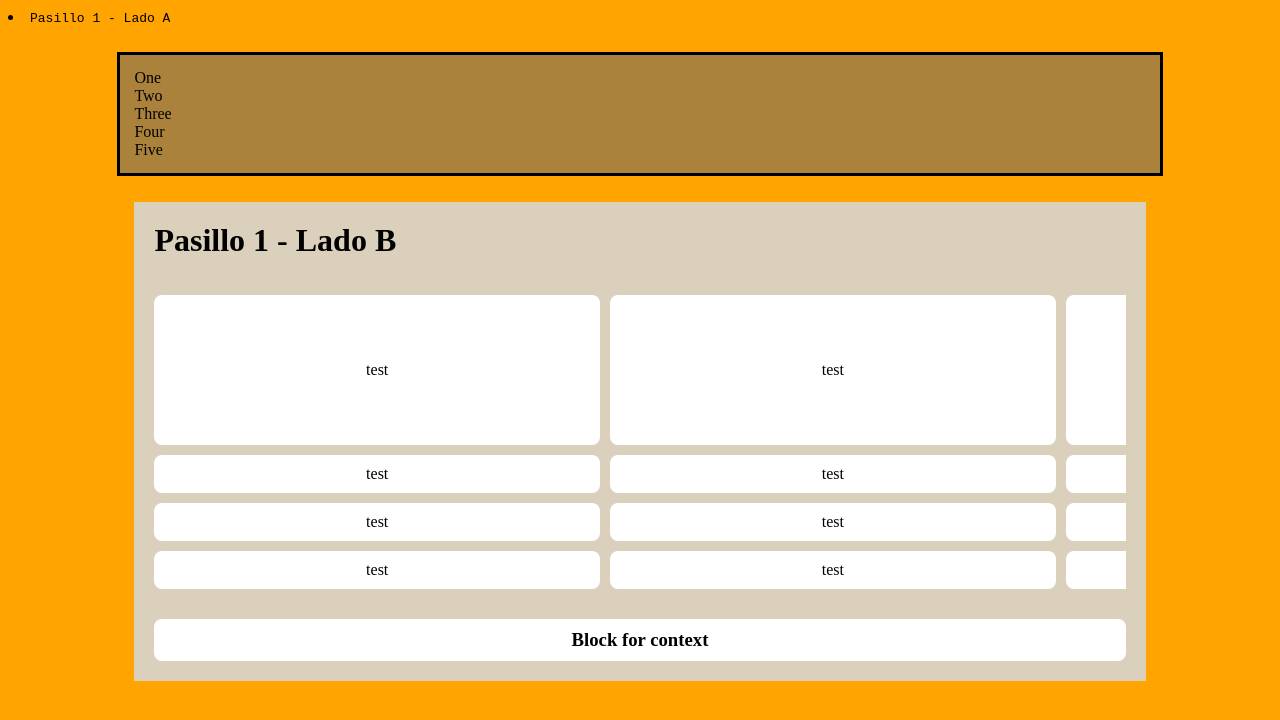
Repository: Franzcod/DepoStock_Web
Page: index.html
The author's editor kept a copy of each file at every save. The page is drawn from the files as they stood at one save, then again after the next save.
The browser window is 1280 px wide. The pictures show the whole page.

Above is the page before, as saved 2020-06-07 02:21:04.
Console error: ReferenceError: ur is not defined

After the next save:
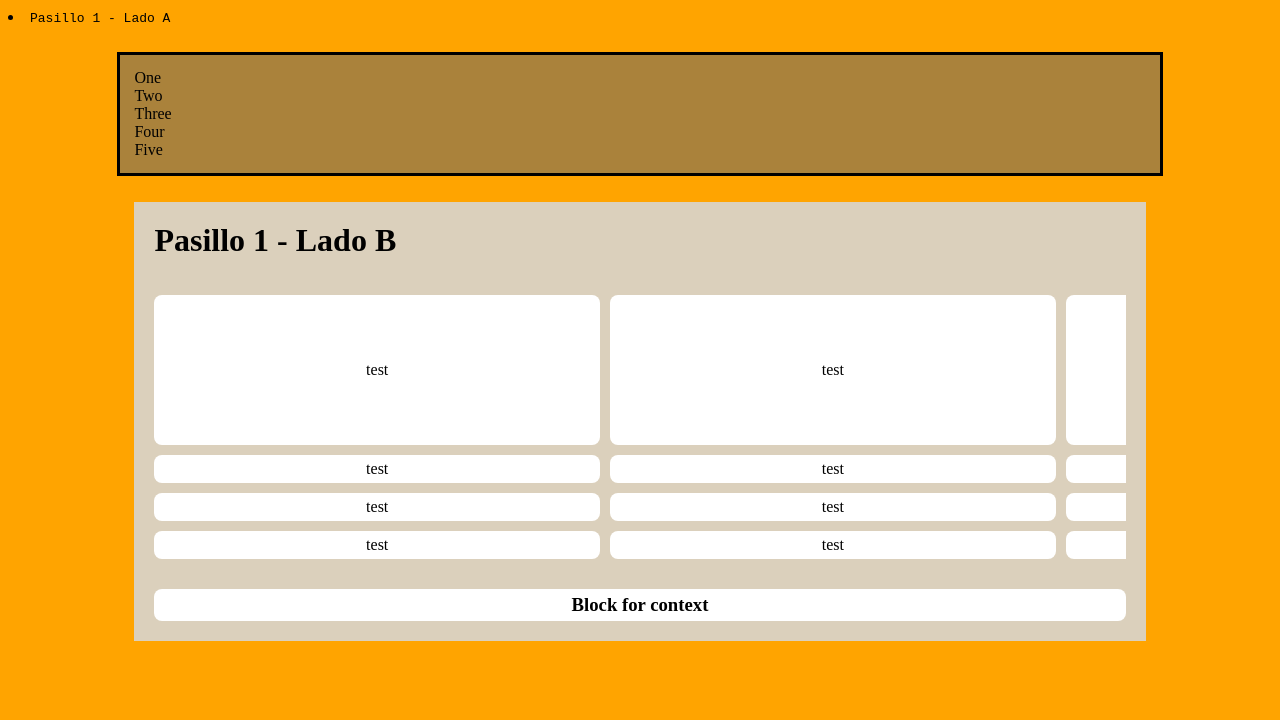
Saved 5 s later.
--- a/estilo/estilo.css
+++ b/estilo/estilo.css
@@ -75,7 +75,7 @@ height: 40%;
 .hs > li,
 .item {
 scroll-snap-align: center;
-padding: calc(var(--gutter) / 3 * 1.5);
+padding: calc(var(--gutter) / 6 * 1.5);
 display: flex;
 flex-direction: column;
 justify-content: center;
